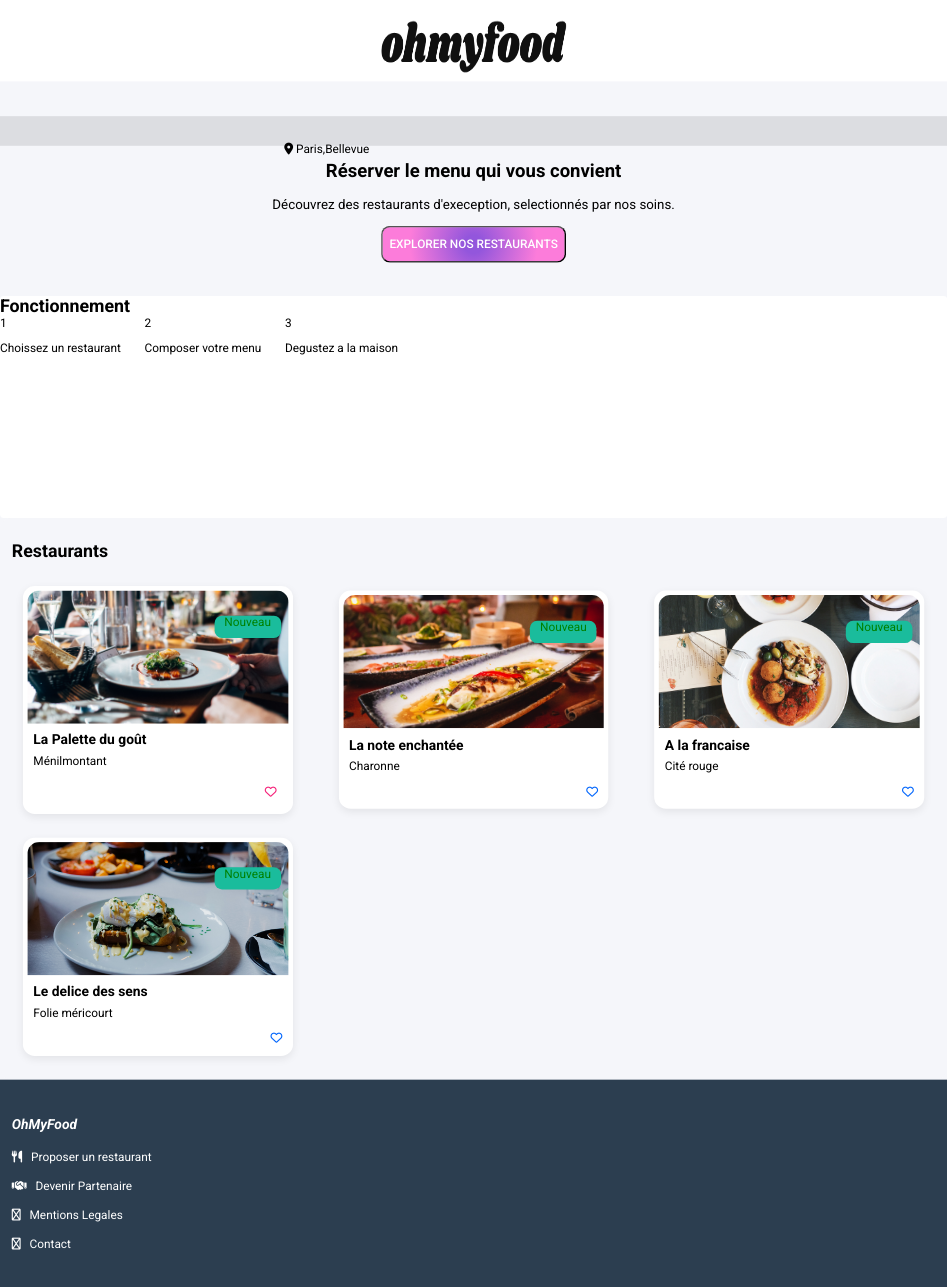
Repository: ultraasedev/ohmyfood
Page: index.html
An editor plug-in stored every save of this project. The page is shown before and after the next save, followed by the edit.
The browser window is 1280 px wide. The pictures show the whole page, at 74% of full size.
Some web fonts or font styles are not loaded; a fallback is used. Some web libraries are served in a nearby version.

Above is the page before, as saved 2022-10-27 18:43:42.

After the next save:
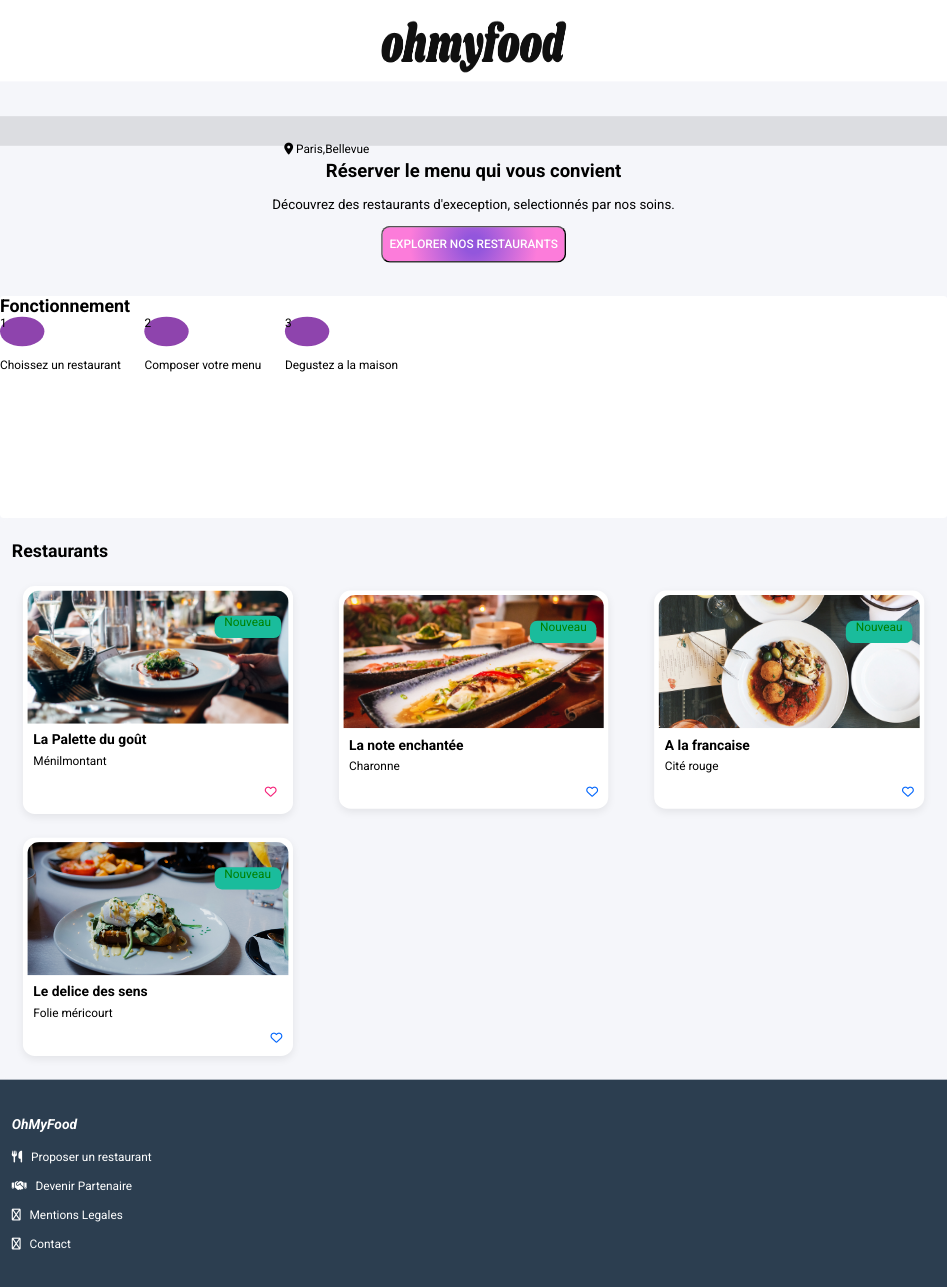
Saved 2 min 3 s later.
--- a/css/style.css
+++ b/css/style.css
@@ -129,6 +129,12 @@ header{
   flex-wrap: wrap;
   margin-bottom: 32px;
 }
+.cont-fonc .circle-inf{
+  background-color: #8e44ad;
+  width: 60px;
+  height: 40px;
+  border-radius: 60px / 40px;
+}
 /* Content Article */
 .cont-art{
   background-color: #f5f6fa;
